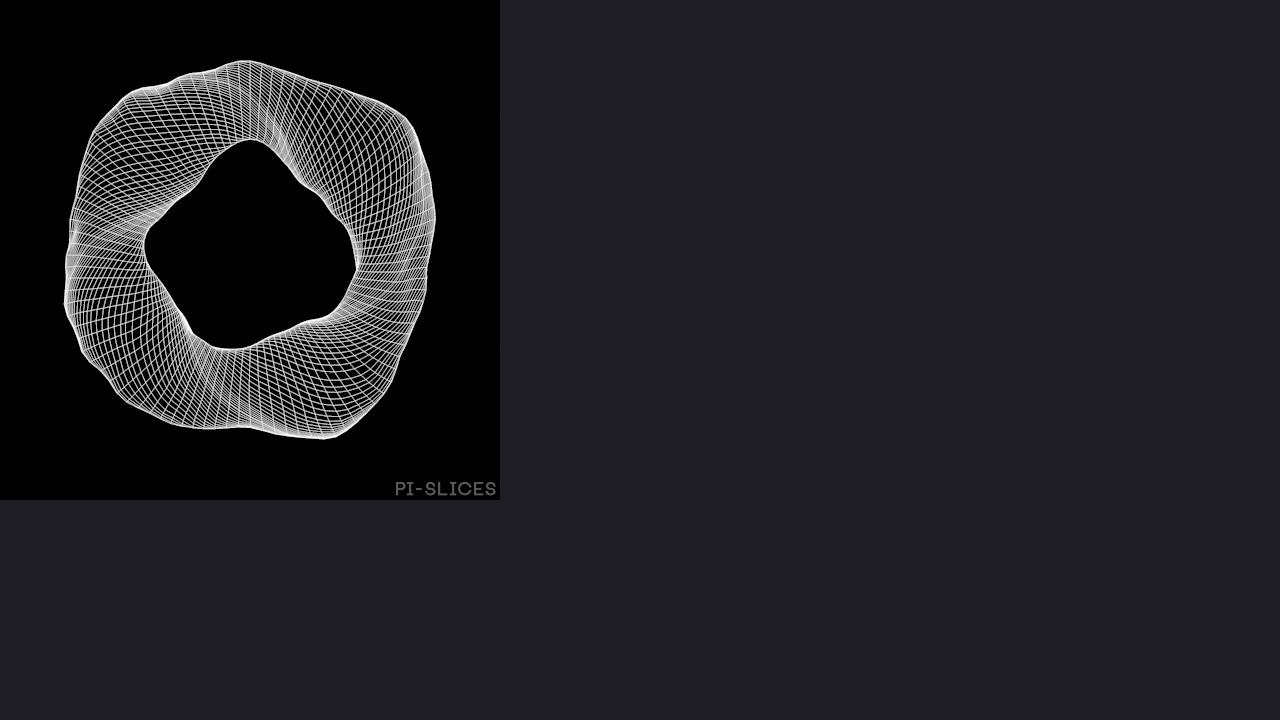
Repository: Csiddharth7906/MovieAppUpdatedVersion
Page: / (app in MVXC-MovieWebApplication/)
The author's editor kept a copy of each file at every save. The page is drawn from the files as they stood at one save, then again after a run of saves.
The browser window is 1280 px wide. The pictures show the whole page.
The page's requests for data from a server got no answer. Some web libraries are served in a nearby version. The project was rebuilt for these pictures with package versions that can differ from the ones it lists, and the page was loaded fresh each time. No one was signed in, and anything a server would have sent is missing. Also part of the build but not shown: MVXC-MovieWebApplication/vite.config.js, MVXC-MovieWebApplication/src/templates/Sidenav.jsx, MVXC-MovieWebApplication/src/templates/Topnav.jsx, MVXC-MovieWebApplication/src/templates/Header.jsx, MVXC-MovieWebApplication/src/templates/DropDown.jsx, MVXC-MovieWebApplication/src/templates/HorizontalCards.jsx.

Above is the page before, as saved 2025-06-18 10:49:48.

### MVXC-MovieWebApplication/index.html
<!doctype html>
<html lang="en">
  <head>
    <meta charset="UTF-8" />
    <link rel="icon" type="image/svg+xml" href="/tv-fill.svg" />
    <meta name="viewport" content="width=device-width, initial-scale=1.0" />
    <title>MVXC | Movie App</title>
    <link
      href="https://cdn.jsdelivr.net/npm/remixicon@4.5.0/fonts/remixicon.css"
      rel="stylesheet"
    />
  </head>
  <body>
    <div id="root"></div>
    <script type="module" src="/src/main.jsx"></script>
  </body>
</html>

### MVXC-MovieWebApplication/src/main.jsx
import { StrictMode } from "react";
import { createRoot } from "react-dom/client";
import "./index.css";
import App from "./App.jsx";
import { BrowserRouter } from "react-router-dom";

createRoot(document.getElementById("root")).render(
  <BrowserRouter>
    <App />
  </BrowserRouter>,
);

### MVXC-MovieWebApplication/src/index.css
@import "tailwindcss";

/* primary - #1F1E24
secondry - #D2042D */

::-webkit-scrollbar {
  width: 7px;
  height: 7px;
}
::-webkit-scrollbar-thumb {
  background-color: #161618;
  border-radius: 40px;
}
::-webkit-scrollbar-thumb {
  background-color: #161618;
  border-radius: 40px;
}

::-webkit-scrollbar-thumb:hover {
  background-color: #6556cd;
  border-radius: 40px;
}

select{
  -webkit-appearance: none;
  -moz-appearance: none;
  -ms-appearance:none;
  appearance: none;
  outline: 0;
  box-shadow: none;
  border: 0;
  background: #27272a;
  background-image: none;
  flex: 1;
  padding: 0 0.5em;
  color: #fff;
  cursor: pointer;
  font-size: 1em;
  font-family: "Open Sans",sans-serif;
  min-width: 0;
}
select::-ms-expand{
  display: none;
}
.select{
  position: relative;
  display: flex;
  width: 20em;
  max-width: 100%;
  height: 3em;
  line-height: 3;
  background: #27272a;
  overflow: hidden;
  border-radius: 0.25e;
}
.select::after{
  content: "\25BC";
  position: absolute;
  top: 0;
  right: 0;
  padding: 0 1em;
  background: #27272a;
  cursor: pointer;
  pointer-events: none;
  transition: 0.25s all ease;
}
.select:hover::after{
  background: #6556cd;
}

### MVXC-MovieWebApplication/src/App.jsx
import { Route, Routes } from "react-router-dom";
import Home from "./components/Home";

const App = () => {
  return (
    <div className="bg-[#1F1E24] flex w-screen h-screen">
      <Routes>
        <Route path="/" element={<Home />}></Route>
      </Routes>
    </div>
  );
};

export default App;

### MVXC-MovieWebApplication/src/components/Home.jsx
import React, { useEffect, useState } from "react";
import Sidenav from "../templates/Sidenav";
import axios from "../utils/axios";
import Topnav from "../templates/Topnav";
import Header from "../templates/Header";
import HorizontalCards from "../templates/HorizontalCards";
import DropDown from "../templates/DropDown";
import Loading from "./Loading";


const Home = () => {
  document.title = "MVXC | HomePage";
  const [wallpaper, setwallpaper] = useState(null);
  const [trending, settrending] = useState(null);
  const [category, setcategory] = useState("all")
  const GetHeaderWallpaper =async()=>{
    try {
      const {data}= await axios.get(`/trending/all/day`);
      let randomedata = data.results[(Math.random()*data.results.length).toFixed()];
      setwallpaper(randomedata);
    } catch (error) {
      console.log("Errror :",error)
    }
   };
    const GetTrending =async()=>{
    try {
      const {data}= await axios.get(`/trending/${category}/day`);
      settrending(data.results)
    } catch (error) {
      console.log("Errror :",error)
    }
   };

       useEffect (()=>{


         GetTrending();
          !wallpaper && GetHeaderWallpaper();

     },[category])



  return wallpaper && trending ?(
    <>
      <Sidenav />
      <div className="w-[80%] h-full overflow-auto overflow-x-hidden">
        <Topnav />
        <Header data={wallpaper}/>
         <div className=' flex justify-between p-5'>
        <h1 className='text-3xl  font-semibold text-zinc-400'>Trending</h1>
        <DropDown title="Filter" options={["tv","movie","all"]} func={(e)=>setcategory(e.target.value)} />
        </div>

        <HorizontalCards data={trending} />
      </div>
    </>
  ):<Loading/>
};

export default Home;

### MVXC-MovieWebApplication/src/utils/axios.jsx
import axios from "axios";

const instance = axios.create({
    baseURL:"https://api.themoviedb.org/3/",
    headers: {
    accept: 'application/json',
    Authorization: 'Bearer eyJhbGciOiJIUzI1NiJ9.eyJhdWQiOiI2YmFiZDQ4MGI0MjI1N2Y4ZWI4YjZmYjAyNmYyZGRlYSIsIm5iZiI6MTc1MDEzNzQ0OS44NDUsInN1YiI6IjY4NTBmYTY5OGUwMjhhNDFjYjA2NWMzOSIsInNjb3BlcyI6WyJhcGlfcmVhZCJdLCJ2ZXJzaW9uIjoxfQ.SGWaaRsbBLhCYn1WiiL70oCwKAwxRG52mWei7BZzsAk'
    }
})

export default instance;

### MVXC-MovieWebApplication/src/components/Loading.jsx
import loader  from '/loader.gif'

const Loading = () => {
  return (
    <div className='w-full h-full justify-center '>
        <img src={loader} alt="" />
    </div>
  )
}

export default Loading

After the next 2 saves:
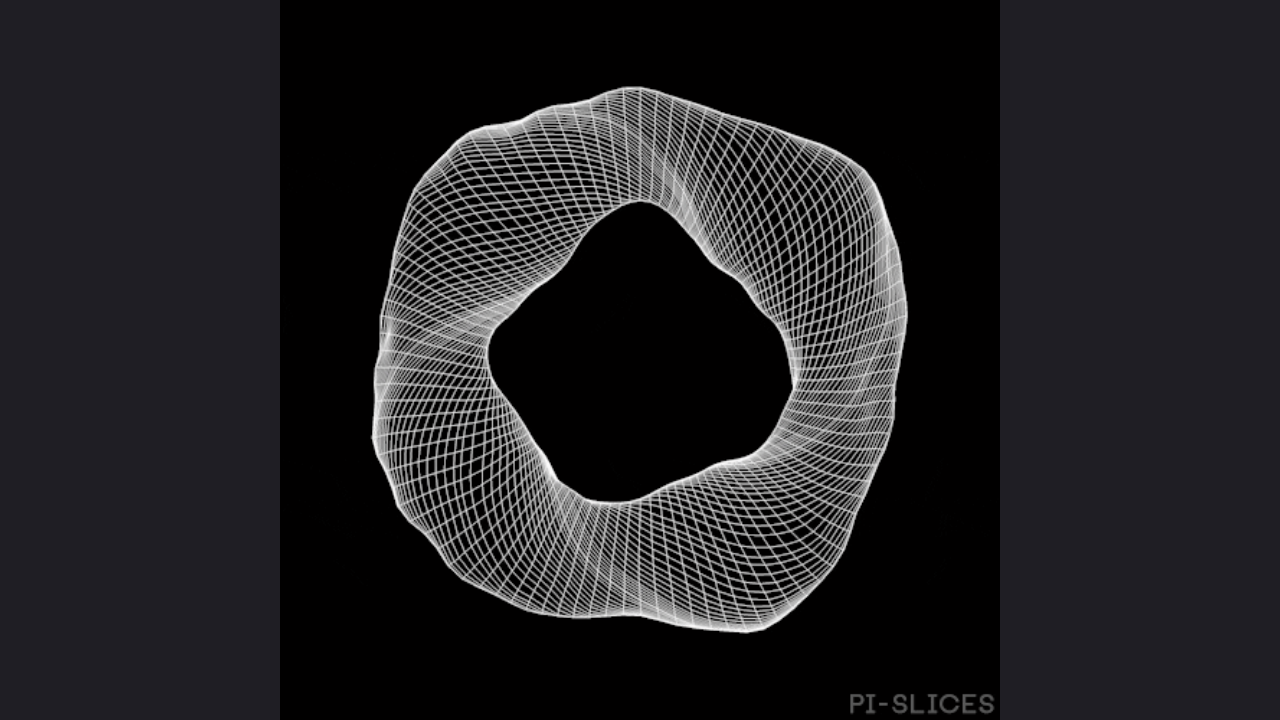
The 2 saves are shown as one change because they came seconds apart.
The last was saved 5 s later.
--- a/MVXC-MovieWebApplication/src/components/Loading.jsx
+++ b/MVXC-MovieWebApplication/src/components/Loading.jsx
@@ -2,7 +2,7 @@ import loader  from '/loader.gif'
 
 const Loading = () => {
   return (
-    <div className='w-full h-full justify-center '>
+    <div className='w-full h-full flex justify-center '>
         <img src={loader} alt="" />
     </div>
   )
